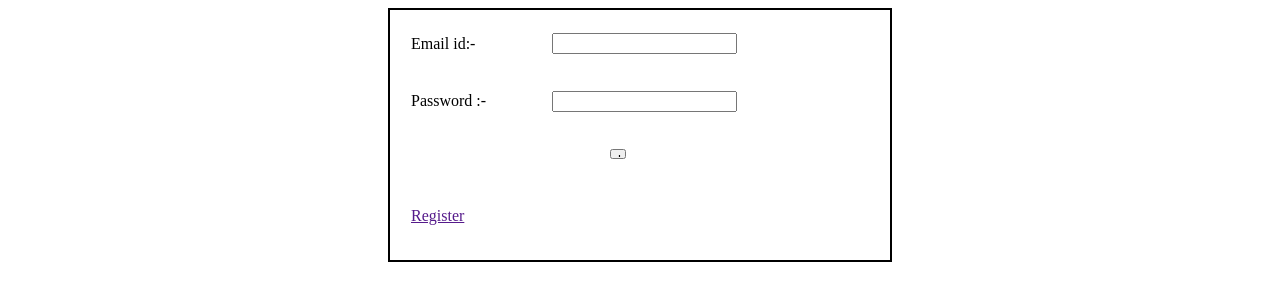
Repository: ShivrajMPujari/ServletApplication
Page: http://localhost/LoginReg/
An editor plug-in stored every save of this project. The page is shown before and after the next save, followed by the edit.
The browser window is 1280 px wide. The pictures show the whole page.
The page is served by Tomcat 9. Other server files are loaded and not shown.

Above is the page before, as saved 2018-07-09 06:08:44.

### LoginReg/WebContent/index.html
<!DOCTYPE html>
<html>
<head>
<meta charset="UTF-8">
<title>Insert title here</title>
<link rel="stylesheet" href="index.css"/>
</head>
<body>

<div class="tableDiv">
<form action="">
<table class="loginTabel" cellspacing="10">
<tr>
	<td> Email id:- </td> <td> <input type="email" /></td>
</tr>

<tr>
	<td>Password :- </td> <td> <input type="password" /> </td>
</tr>

<tr>
<td colspan="2"  class="submitButton"  > <input class="btn"type="submit" value="login" /></td>
</tr>

<tr>
<td colspan="2"> <a href="">Register</a></td>
</tr>
</table>
</form>
</div>
</body>
</html>

### LoginReg/WebContent/index.css
@CHARSET "UTF-8";

.tableDiv{
	height:250px;
	width:500px;
	margin:auto;
	border:2px solid black;
}
.loginTabel{

	height:240px;
	width:480px;
	margin:auto;

}
tr{
	height: 30px;
}
.submitButton{
	padding-left:200px;

}
.btn{
	height: 10px;
	width:5px;
}

After the next save:
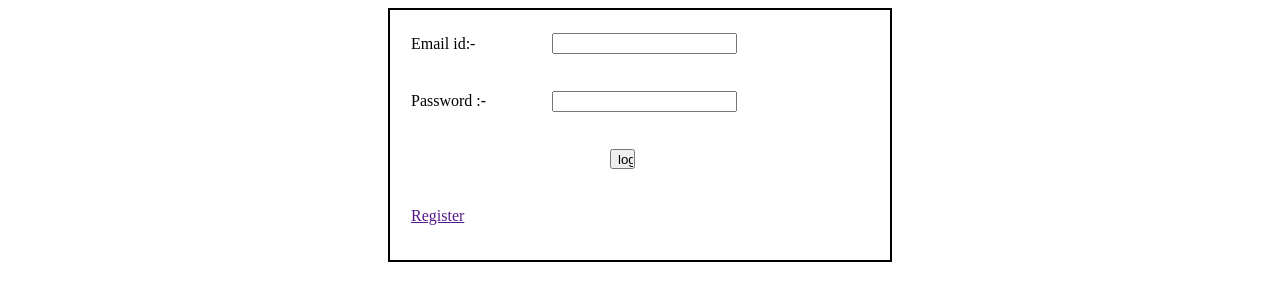
Saved 13 s later.
--- a/LoginReg/WebContent/index.css
+++ b/LoginReg/WebContent/index.css
@@ -21,6 +21,6 @@ tr{
 
 }
 .btn{
-	height: 10px;
-	width:5px;
+	height: 20px;
+	width:25px;
 }
